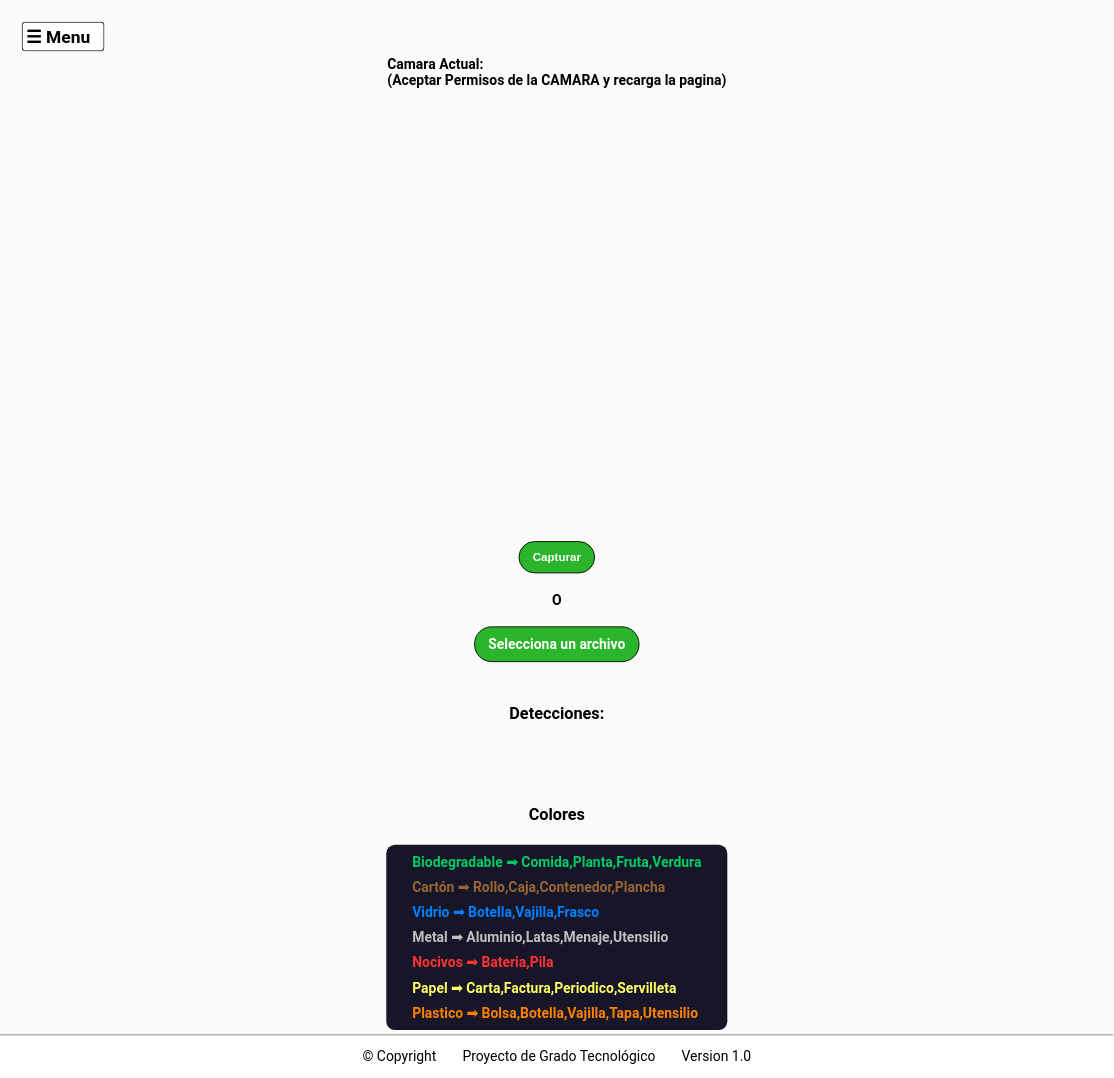
Repository: castecabas/Recicladora
Page: http://localhost/model
These files come from the project's save history. The page is drawn as it stood at one moment and after the next save; the edit follows.
The browser window is 1280 px wide. The pictures show the whole page, at 87% of full size.
Pictures or frames that could not be fetched are drawn as grey boxes. The page is served by the project's application, run on Flask 3 (src/index.py).

Above is the page before, as saved 2024-12-22 21:13:56.

After the next save:
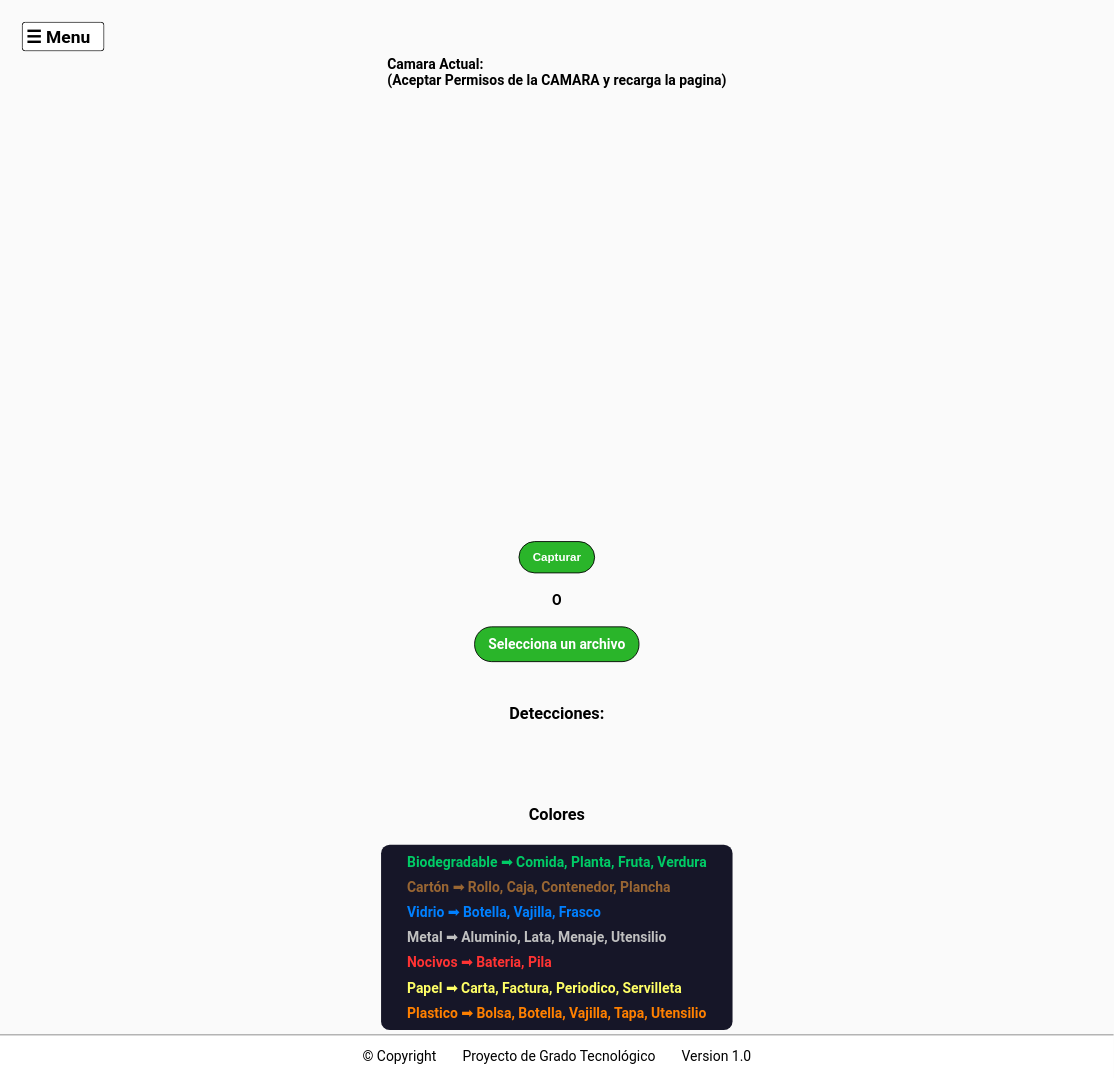
Saved 47 s later.
--- a/src/templates/model.html
+++ b/src/templates/model.html
@@ -64,13 +64,13 @@
             <div class="colors">
                 <h3>Colores</h3>
                 <ul>
-                    <li class="bio">Biodegradable &#10143; Comida,Planta,Fruta,Verdura</li>
-                    <li class="cardb">Cartón &#10143; Rollo,Caja,Contenedor,Plancha</li>
-                    <li class="glass">Vidrio &#10143; Botella,Vajilla,Frasco</li>
-                    <li class="metal">Metal &#10143; Aluminio,Latas,Menaje,Utensilio</li>
-                    <li class="noxios">Nocivos &#10143; Bateria,Pila</li>
-                    <li class="paper">Papel &#10143; Carta,Factura,Periodico,Servilleta</li>
-                    <li class="plastic">Plastico &#10143; Bolsa,Botella,Vajilla,Tapa,Utensilio</li>
+                    <li class="bio">Biodegradable &#10143; Comida, Planta, Fruta, Verdura</li>
+                    <li class="cardb">Cartón &#10143; Rollo, Caja, Contenedor, Plancha</li>
+                    <li class="glass">Vidrio &#10143; Botella, Vajilla, Frasco</li>
+                    <li class="metal">Metal &#10143; Aluminio, Lata, Menaje, Utensilio</li>
+                    <li class="noxios">Nocivos &#10143; Bateria, Pila</li>
+                    <li class="paper">Papel &#10143; Carta, Factura, Periodico, Servilleta</li>
+                    <li class="plastic">Plastico &#10143; Bolsa, Botella, Vajilla, Tapa, Utensilio</li>
                 </ul>
             </div>
         </main>
